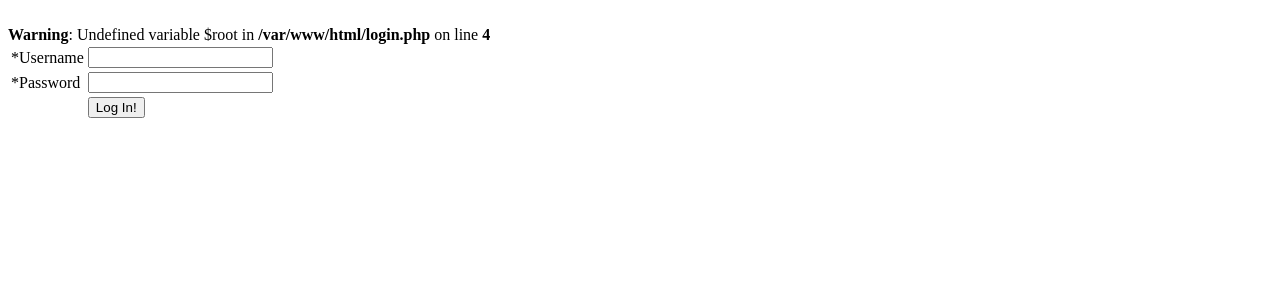
Repository: shadowroot/workspace
Page: http://localhost/login/
These files come from the project's save history. The page is drawn as it stood at one moment and after the next save; the edit follows.
The browser window is 1280 px wide. The pictures show the whole page.
The page is run by PHP 8.4 with error messages shown; the project is at /var/www/html/.

Above is the page before, as saved 2011-12-01 16:33:01.

### crib_pasted/login.php
<?php
require_once 'functions.php';

echo '<form action="http://'.$root.'/action/1/" method="post">
			<table id="form">
				<tr class="form_col">
					<td>*Username</td>
					<td><input type="text" size="20" name="user" onchange="check_user(this.value);"
						value="" />
					</td>
				</tr>
				<tr class="form_col">
					<td>*Password</td>
					<td><input type="password" size="20" name="passwd"
						value="" />
					</td>
				</tr>
				<tr>
					<td></td>
					<td><input type="submit" value="Log In!" /></td>
				</tr>
			</table>
		</form>';

### crib_pasted/functions.php
<?php
function not_inj($text){
	$text = htmlspecialchars($text);

	$str1 = explode('<?', $text);
	if(sizeof($str1)>1){
		$str2 = explode("?>",$str1[1]);
		if(sizeof($str2)>1){
			$text = $str1[0].$str2[1];
		}
		else{
			$text = $str1[0].$str2[0];
		}
	}

	return $text;
}
if(isset($_GET['err']) && $_GET['err'] == 1){
	echo '<div class="error">'.$_GET['subs'].'</div>';
}
if(isset($_GET['err']) && $_GET['err'] == 0){
	echo '<div class="ok">'.$_GET['subs'].'</div>';
}
?>

After the next save:
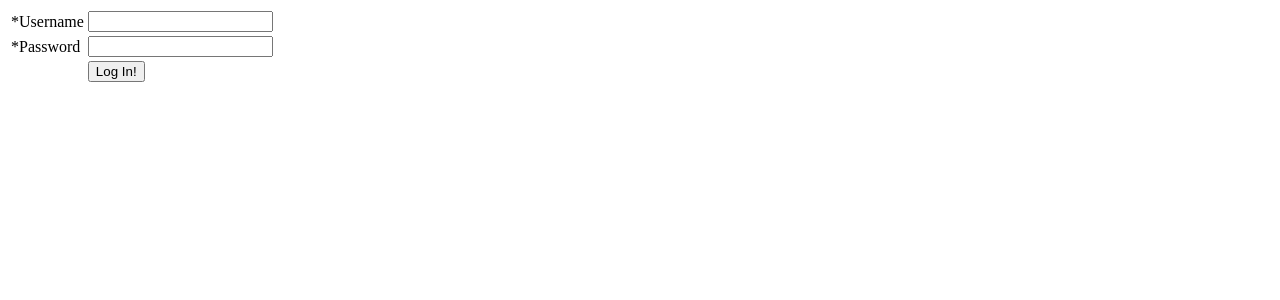
Saved 10 s later.
--- a/crib_pasted/login.php
+++ b/crib_pasted/login.php
@@ -1,7 +1,7 @@
 <?php
 require_once 'functions.php';
 
-echo '<form action="http://'.$root.'/action/1/" method="post">
+echo '<form action="" method="post">
 			<table id="form">
 				<tr class="form_col">
 					<td>*Username</td>
